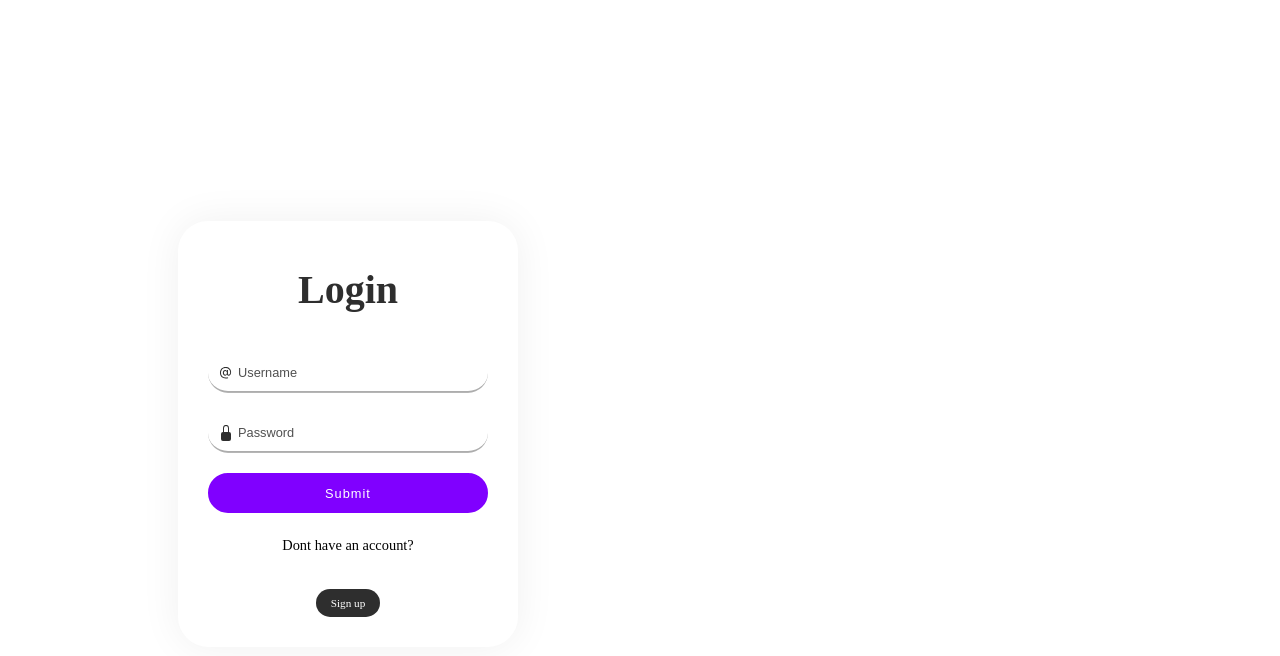
Repository: sharmisthak16/Student-Assignment
Page: / (app in my-project/)
These files come from the project's save history. The page is drawn as it stood at one moment and after a run of saves; the edit follows.
The browser window is 1280 px wide. The pictures show the whole page.
The project was rebuilt for these pictures with package versions that can differ from the ones it lists, and the page was loaded fresh each time. Also part of the build but not shown: my-project/vite.config.js, my-project/src/index.css.

Above is the page before, as saved 2025-01-30 11:00:12.

### my-project/index.html
<!doctype html>
<html lang="en">
  <head>
    <meta charset="UTF-8" />

    <meta name="viewport" content="width=device-width, initial-scale=1.0" />
    <title>Assignment</title>
  </head>
  <body>
    <div id="root"></div>
    <script type="module" src="/src/main.jsx"></script>
  </body>
</html>

### my-project/src/App.jsx
import React from 'react'

import LoginForm from './components/LoginForm'
const App = () => {
  return (
    <div>
      <LoginForm/>
    </div>
  )
}

export default App

### my-project/src/components/LoginForm.jsx
import React, { useState } from 'react';
import "./LoginForm.css"

const LoginForm = () => {
  const [username, setUsername] = useState('');
  const [password, setPassword] = useState('');

  const handleSubmit = (e) => {
    e.preventDefault();
    // Handle form submission logic here
    console.log('Username:', username);
    console.log('Password:', password);
  };

  return (
    <form className="form_main" onSubmit={handleSubmit}>
      <p className="heading">Login</p>
      <div className="inputContainer">
        <svg
          viewBox="0 0 16 16"
          fill="#2e2e2e"
          height="16"
          width="16"
          xmlns="http://www.w3.org/2000/svg"
          className="inputIcon"
        >
          <path d="M13.106 7.222c0-2.967-2.249-5.032-5.482-5.032-3.35 0-5.646 2.318-5.646 5.702 0 3.493 2.235 5.708 5.762 5.708.862 0 1.689-.123 2.304-.335v-.862c-.43.199-1.354.328-2.29.328-2.926 0-4.813-1.88-4.813-4.798 0-2.844 1.921-4.881 4.594-4.881 2.735 0 4.608 1.688 4.608 4.156 0 1.682-.554 2.769-1.416 2.769-.492 0-.772-.28-.772-.76V5.206H8.923v.834h-.11c-.266-.595-.881-.964-1.6-.964-1.4 0-2.378 1.162-2.378 2.823 0 1.737.957 2.906 2.379 2.906.8 0 1.415-.39 1.709-1.087h.11c.081.67.703 1.148 1.503 1.148 1.572 0 2.57-1.415 2.57-3.643zm-7.177.704c0-1.197.54-1.907 1.456-1.907.93 0 1.524.738 1.524 1.907S8.308 9.84 7.371 9.84c-.895 0-1.442-.725-1.442-1.914z"></path>
        </svg>
        <input
          placeholder="Username"
          id="username"
          className="inputField"
          type="text"
          value={username}
          onChange={(e) => setUsername(e.target.value)}
        />
      </div>

      <div className="inputContainer">
        <svg
          viewBox="0 0 16 16"
          fill="#2e2e2e"
          height="16"
          width="16"
          xmlns="http://www.w3.org/2000/svg"
          className="inputIcon"
        >
          <path d="M8 1a2 2 0 0 1 2 2v4H6V3a2 2 0 0 1 2-2zm3 6V3a3 3 0 0 0-6 0v4a2 2 0 0 0-2 2v5a2 2 0 0 0 2 2h6a2 2 0 0 0 2-2V9a2 2 0 0 0-2-2z"></path>
        </svg>
        <input
          placeholder="Password"
          id="password"
          className="inputField"
          type="password"
          value={password}
          onChange={(e) => setPassword(e.target.value)}
        />
      </div>

      <button id="button" type="submit">
        Submit
      </button>
      <div className="signupContainer">
        <p>Dont have an account?</p>
        <a href="#">Sign up</a>
      </div>
    </form>
  );
};

export default LoginForm;

### my-project/src/components/LoginForm.css
/* From Uiverse.io by vinodjangid07 */
.form_main {
    width: 280px;
    display: flex;
    flex-direction: column;
    align-items: center;
    justify-content: center;
    background-color: rgb(255, 255, 255);
    padding: 30px 30px 30px 30px;
    border-radius: 30px;
    box-shadow: 0px 0px 40px rgba(0, 0, 0, 0.062);
    left: 50%;
    right: 50%;
    transform: translate(50%,50%);
  }

  .heading {
    font-size: 2.5em;
    color: #2e2e2e;
    font-weight: 700;
    margin: 15px 0 30px 0;
  }

  .inputContainer {
    width: 100%;
    position: relative;
    display: flex;
    align-items: center;
    justify-content: center;
  }

  .inputIcon {
    position: absolute;
    left: 10px;
  }

  .inputField {
    width: 100%;
    height: 40px;
    background-color: transparent;
    border: none;
    border-bottom: 2px solid rgb(173, 173, 173);
    border-radius: 30px;
    margin: 10px 0;
    color: black;
    font-size: .8em;
    font-weight: 500;
    box-sizing: border-box;
    padding-left: 30px;
  }

  .inputField:focus {
    outline: none;
    border-bottom: 2px solid rgb(199, 114, 255);
  }

  .inputField::placeholder {
    color: rgb(80, 80, 80);
    font-size: 1em;
    font-weight: 500;
  }

  #button {
    position: relative;
    width: 100%;
    border: 2px solid #8000ff;
    background-color: #8000ff;
    height: 40px;
    color: white;
    font-size: .8em;
    font-weight: 500;
    letter-spacing: 1px;
    border-radius: 30px;
    margin: 10px;
    cursor: pointer;
    overflow: hidden;
  }

  #button::after {
    content: "";
    position: absolute;
    background-color: rgba(255, 255, 255, 0.253);
    height: 100%;
    width: 150px;
    top: 0;
    left: -200px;
    border-bottom-right-radius: 100px;
    border-top-left-radius: 100px;
    filter: blur(10px);
    transition-duration: .5s;
  }

  #button:hover::after {
    transform: translateX(600px);
    transition-duration: .5s;
  }

  .signupContainer {
    margin: 0;
    display: flex;
    flex-direction: column;
    align-items: center;
    justify-content: center;
    gap: 20px;
  }

  .signupContainer p {
    font-size: .9em;
    font-weight: 500;
    color: black;
  }

  .signupContainer a {
    font-size: .7em;
    font-weight: 500;
    background-color: #2e2e2e;
    color: white;
    text-decoration: none;
    padding: 8px 15px;
    border-radius: 20px;
  }

Loaded but not shown: my-project/src/main.jsx (common file)

After the next 2 saves:
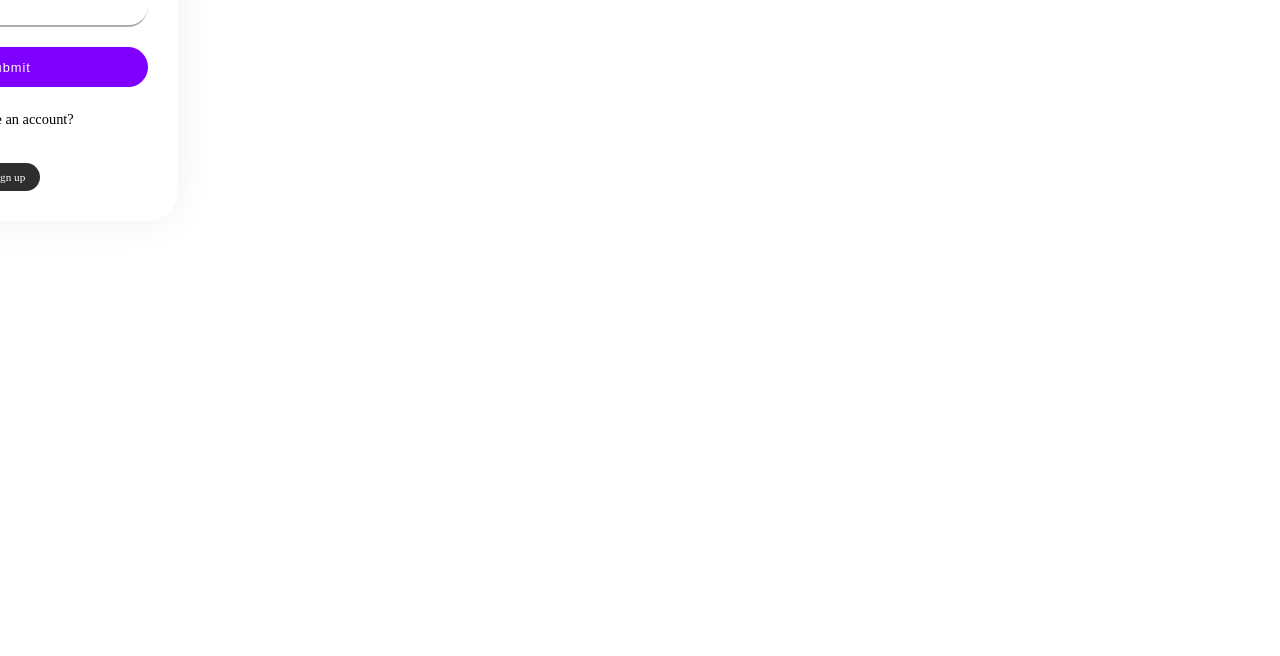
The 2 saves are shown as one change because they came seconds apart.
The last was saved 18 s later.
--- a/my-project/src/components/LoginForm.css
+++ b/my-project/src/components/LoginForm.css
@@ -11,7 +11,7 @@
     box-shadow: 0px 0px 40px rgba(0, 0, 0, 0.062);
     left: 50%;
     right: 50%;
-    transform: translate(50%,50%);
+    transform: translate(-50%,-50%);
   }
 
   .heading {
